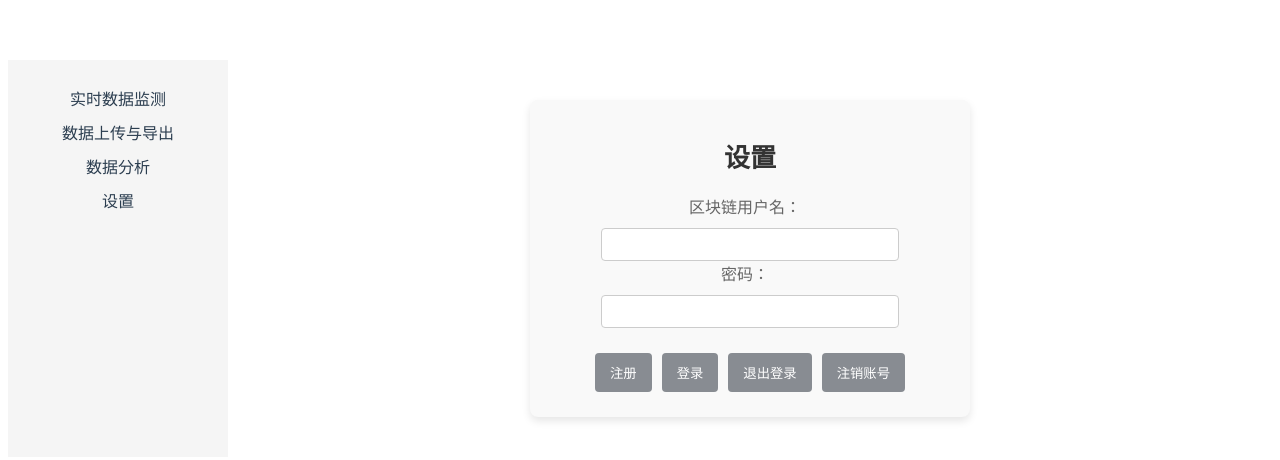
Repository: hyperion0831/The-management-of-IoT-data-sharing-based-on-blockchain
Page: / (app in Dz/frontend/)
The author's editor kept a copy of each file at every save. The page is drawn from the files as they stood at one save, then again after the next save.
The browser window is 1280 px wide. The pictures show the whole page.
The project was rebuilt for these pictures with package versions that can differ from the ones it lists, and the page was loaded fresh each time. Also part of the build but not shown: Dz/frontend/vue.config.js, Dz/frontend/src/components/dashboard/DataUploadAndExport.vue, Dz/frontend/src/components/dashboard/DataAnalysis.vue, Dz/frontend/src/components/dashboard/AppSettings.vue.

Above is the page before, as saved 2024-11-03 20:52:31.

After the next save:
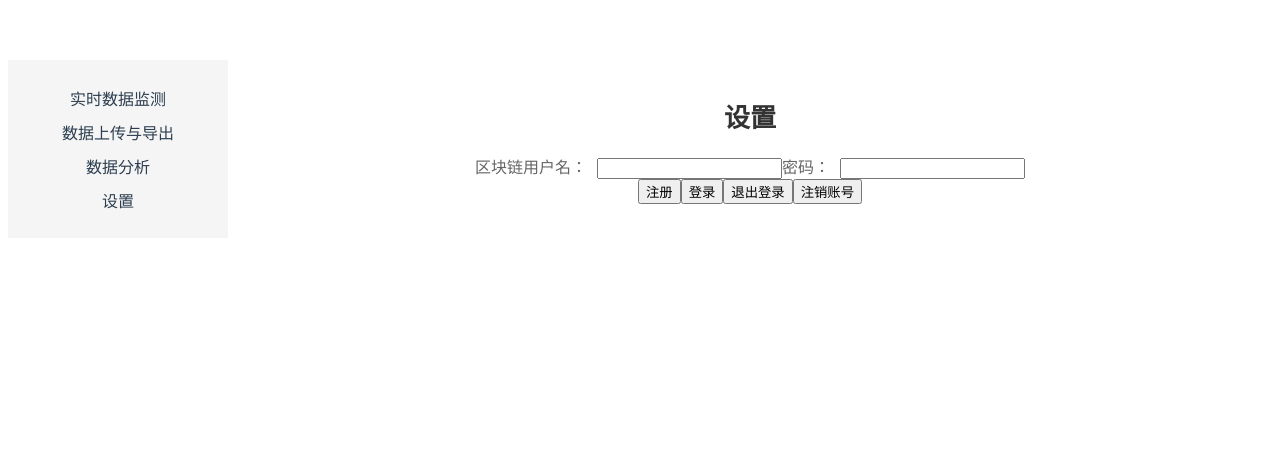
Saved 14 s later.
--- a/Dz/frontend/src/components/dashboard/RealTimeMonitoring.vue
+++ b/Dz/frontend/src/components/dashboard/RealTimeMonitoring.vue
@@ -43,64 +43,6 @@
   </div>
 </template>
 
-<style scoped>
-.settings {
-  max-width: 400px;
-  margin: 20px auto;
-  padding: 20px;
-  background-color: #f9f9f9;
-  border-radius: 8px;
-  box-shadow: 0 4px 8px rgba(0, 0, 0, 0.1);
-  text-align: center;
-}
-
-h1 {
-  font-size: 26px;
-  color: #333;
-  margin-bottom: 20px;
-}
-
-.blockchain-info, .user-info {
-  display: flex;
-  flex-direction: column;
-  align-items: center;
-  margin-bottom: 20px;
-}
-
-.blockchain-info label, .user-info span, .register label, .register select, .register input {
-  margin-bottom: 10px;
-}
-
-input[type="text"], select {
-  padding: 8px;
-  width: 100%;
-  max-width: 280px;
-  border: 1px solid #ccc;
-  border-radius: 4px;
-}
-
-.buttons button {
-  margin: 5px;
-  padding: 10px 15px;
-  background-color: #888c92;
-  color: #fff;
-  border: none;
-  border-radius: 4px;
-  cursor: pointer;
-  transition: background-color 0.3s;
-}
-
-.buttons button:hover {
-  background-color: #acababcc;
-}
-
-h2 {
-  font-size: 20px;
-  color: #555;
-  margin-top: 20px;
-}
-</style>
-
 <script>
 export default {
   data() {
